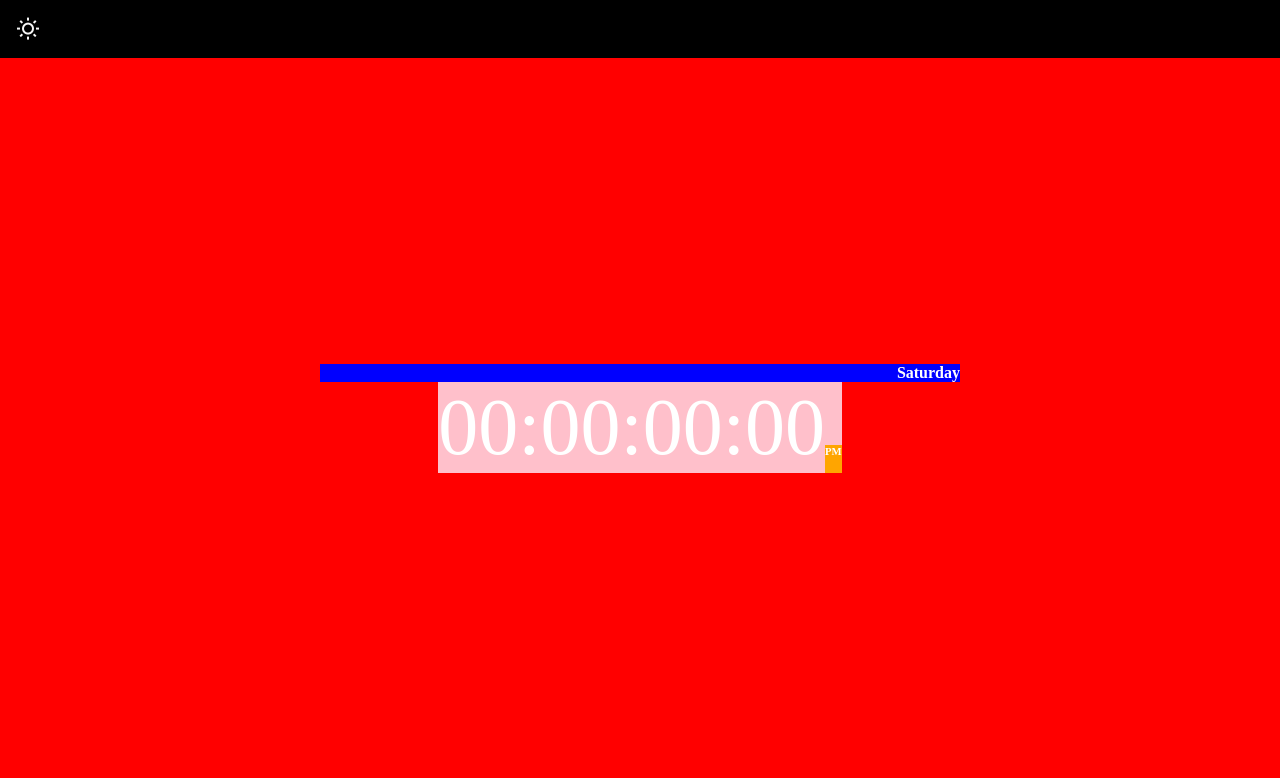
Repository: EguJaredoBoyd/Jared-Digital-Clock
Page: index.html
The author's editor kept a copy of each file at every save. The page is drawn from the files as they stood at one save, then again after the next save.
The browser window is 1280 px wide. The pictures show the whole page.
Some web libraries are served in a nearby version.

Above is the page before, as saved 2026-01-03 23:36:49.

### index.html
<!DOCTYPE html>
<html lang="en">
  <head>
    <meta charset="UTF-8" />
    <meta name="viewport" content="width=device-width, initial-scale=1.0" />
    <link rel="stylesheet" href="./css/styles.css" />
    <link
      href="https://cdn.jsdelivr.net/npm/remixicon@4.8.0/fonts/remixicon.css"
      rel="stylesheet"
    />
    <title>Document</title>
  </head>
  <body>
    <header>
      <button><i class="ri-sun-line"></i></button>
    </header>

    <div class="watch-container">
      <div class="watch-container__day">
        <h4>Saturday</h4>
      </div>
      <div class="watch-container__time">
        <p>00:00:00:00</p>
        <h6>PM</h6>
      </div>
    </div>
  </body>
</html>

### css/styles.css
* {
  margin: 0;
  padding: 0;
}

html {
  font-size: 16px;
  color: whitesmoke;
}

body {
  background-color: black;
  color: white;
}

header {
  padding: 1rem;
}

header button {
  background: none;
  border: none;
}

header button i {
  font-size: 1.5rem;
  color: whitesmoke;
}

.watch-container {
  background-color: red;
  display: flex;
  flex-direction: column;
  justify-content: center;
  align-items: center;
  height: 100vh;
  width: 100vw;
}

.watch-container__day {
  background-color: blue;
  width: 50vw;
  display: flex;
  justify-content: end;
}

.watch-container__time {
  background-color: pink;
  display: flex;
}

.watch-container__time p {
  font-size: 5rem;
}

.watch-container__time h6 {
  background-color: orange;
  align-self: self-end;
  padding-bottom: 1rem;
}

After the next save:
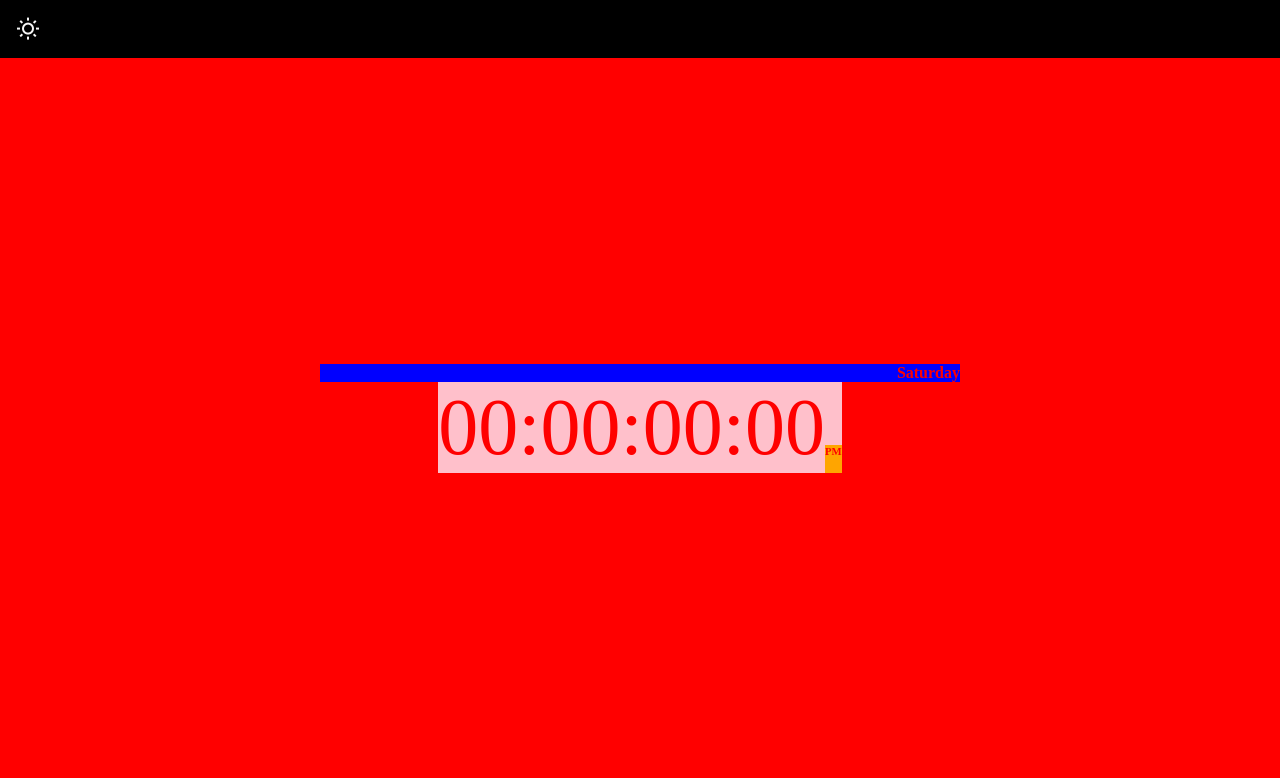
Saved 23 s later.
--- a/css/styles.css
+++ b/css/styles.css
@@ -5,12 +5,11 @@
 
 html {
   font-size: 16px;
-  color: whitesmoke;
 }
 
 body {
   background-color: black;
-  color: white;
+  color: red;
 }
 
 header {

After the save that followed:
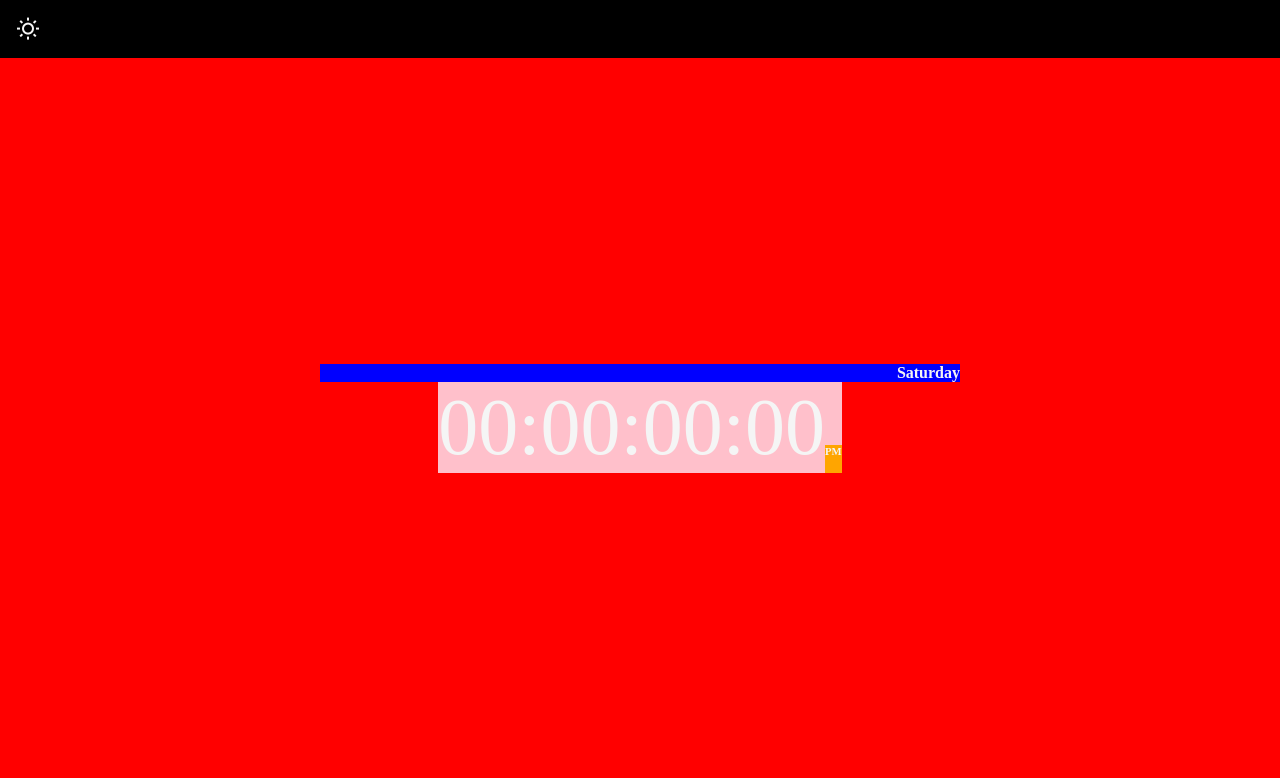
Saved 8 s later.
--- a/css/styles.css
+++ b/css/styles.css
@@ -9,7 +9,7 @@
 
 body {
   background-color: black;
-  color: red;
+  color: whitesmoke;
 }
 
 header {
